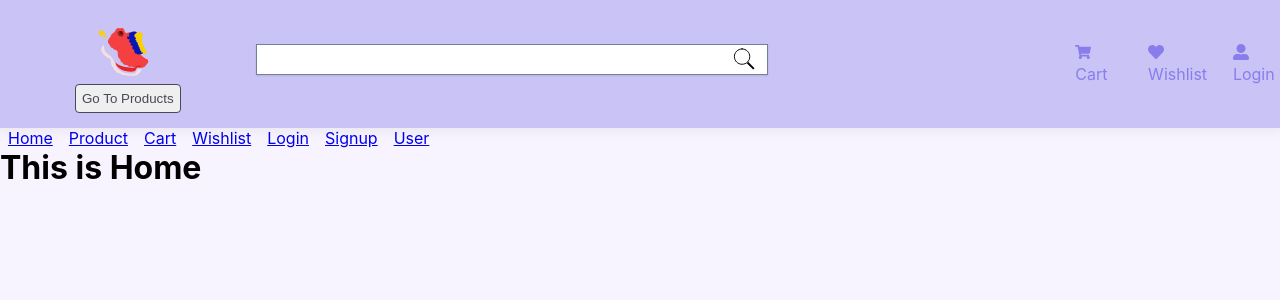
Repository: Irfan-vit/shoecase
Page: /
These files come from the project's save history. The page is drawn as it stood at one moment and after the next save; the edit follows.
The browser window is 1280 px wide. The pictures show the whole page.
The page's requests for data from a server got no answer. The project was rebuilt for these pictures with package versions that can differ from the ones it lists, and the page was loaded fresh each time. No one was signed in, and anything a server would have sent is missing. Also part of the build but not shown: src/pages/Product/ProductPage.jsx, src/pages/cart/CartPage.jsx, src/pages/wishlist/WishlistPage.jsx, src/pages/login/LoginPage.jsx, src/pages/signup/SignupPage.jsx, src/pages/user/StyledUser.jsx, src/components/forms/addAddress/AddAddress.jsx, src/components/forms/editAddress/EditAddress.jsx and 4 more.

Above is the page before, as saved 2023-05-22 04:42:53.

### src/index.js
import React, { useState } from 'react'
import { createRoot } from 'react-dom/client'
import { BrowserRouter } from 'react-router-dom'
import { makeServer } from './server'
import App from './App'

import { AuthProvider } from './context/AuthContext'
import { ToastContainer } from 'react-toastify'
import { ThemeProvider } from 'styled-components'
import { defaultTheme } from './utils/theme/theme'
import GlobalStyles from './utils/theme/Global'
import 'react-toastify/dist/ReactToastify.min.css'
import './utils/css/typography.css'
import './utils/css/colors.css'

// Call make Server
makeServer()

createRoot(document.getElementById('root')).render(
  <BrowserRouter>
    <AuthProvider>
      <ThemeProvider theme={defaultTheme}>
        <App />
        <ToastContainer />
        <GlobalStyles />
      </ThemeProvider>
    </AuthProvider>
  </BrowserRouter>,
)

### src/App.jsx
import { useEffect } from 'react'
import { Routes, Route, Link } from 'react-router-dom'
import axios from 'axios'

import Home from './pages/home/HomePage'
import Product from './pages/Product/ProductPage'
import Cart from './pages/cart/CartPage'
import Wishlist from './pages/wishlist/WishlistPage'
import Login from './pages/login/LoginPage'
import Signup from './pages/signup/SignupPage'
import User from './pages/user/User'

import RequiresAuth from './components/RequiresAuth'
import { useAuth } from './context/AuthContext'
import NavBar from './components/navBar/NavBar'

function App() {
  async function getCat() {
    const res = await axios.get('/api/products')
    const dat = res.data.products
    console.log(dat)
  }
  useEffect(() => {
    getCat()
  }, [])
  return (
    <div className="App">
      <NavBar />
      <nav>
        <Link to="/" style={{ padding: '0.5rem' }}>
          Home
        </Link>
        <Link to="/product" style={{ padding: '0.5rem' }}>
          Product
        </Link>
        <Link to="/cart" style={{ padding: '0.5rem' }}>
          Cart
        </Link>
        <Link to="/wishlist" style={{ padding: '0.5rem' }}>
          Wishlist
        </Link>
        <Link to="/login" style={{ padding: '0.5rem' }}>
          Login
        </Link>
        <Link to="/signup" style={{ padding: '0.5rem' }}>
          Signup
        </Link>
        <Link to="/user" style={{ padding: '0.5rem' }}>
          User
        </Link>
      </nav>
      <Routes>
        <Route path="/" element={<Home />} />
        <Route path="/product" element={<Product />} />
        <Route path="/wishlist" element={<Wishlist />} />
        <Route path="/login" element={<Login />} />
        <Route path="/signup" element={<Signup />} />
        {/* <Route path="/user" element={<User />} /> */}
        <Route
          path="/cart"
          element={
            <RequiresAuth>
              <Cart />
            </RequiresAuth>
          }
        />
        <Route
          path="/user"
          element={
            <RequiresAuth>
              <User />
            </RequiresAuth>
          }
        />
      </Routes>
    </div>
  )
}

export default App

### src/context/AuthContext.jsx
import { createContext, useContext, useEffect, useState } from 'react'
import { useNavigate, useLocation } from 'react-router-dom'
import axios from 'axios'
import { login, signup } from '../api/auth/apiAuth'

const AuthContext = createContext()

const AuthProvider = ({ children }) => {
  const localStorageToken = JSON.parse(localStorage.getItem('token'))
  const navigate = useNavigate()
  const location = useLocation()
  const [token, setToken] = useState(localStorageToken?.token)
  const [userDetails, setUserDetails] = useState(localStorageToken?.user)

  async function getUser({ email, password }, e) {
    try {
      e.preventDefault()
      const {
        data: { foundUser, encodedToken },
      } = await login({ email, password })
      localStorage.setItem(
        'token',
        JSON.stringify({ token: encodedToken, user: foundUser }),
      )
      setToken(encodedToken)
      setUserDetails(foundUser)
      console.log(foundUser)
      navigate(location?.state?.from?.pathname ?? '/', { replace: true })
    } catch {
      console.error('invalid Credentials')
    }
  }

  async function setUser({ email, password }, e) {
    try {
      e.preventDefault()
      const {
        data: { createdUser, encodedToken },
      } = await signup({ email, password })
      console.log(createdUser, encodedToken, 'response data')
      localStorage.setItem(
        'token',
        JSON.stringify({ token: encodedToken, user: createdUser }),
      )
      setToken(encodedToken)
      setUserDetails(createdUser)
      console.log(createdUser)
      navigate('/')
    } catch {
      console.error('invalid signup')
    }
  }
  return (
    <AuthContext.Provider
      value={{ getUser, setUser, token, setToken, userDetails, setUserDetails }}
    >
      {children}
    </AuthContext.Provider>
  )
}

const useAuth = () => useContext(AuthContext)

export { AuthProvider, useAuth }

### src/utils/theme/theme.js
import defaultColors from './defaultThemeColors'
// import typography from './typogarphy'
export const defaultTheme = {
  primaryBg: defaultColors.primaryBg,
  offSetBg: defaultColors.offSetBg,
  primaryText: defaultColors.primaryText,
  PrimaryHeading: defaultColors.PrimaryHeading,
  offSetText: defaultColors.offSetText,
  action: defaultColors.action,
  actionOffSet: defaultColors.actionOffSet,
  higilight: defaultColors.higilight,
}
export const darkTheme = {
  primaryBg: defaultColors.primaryBg,
  offSetBg: defaultColors.offSetBg,
  textOnPrimary: defaultColors.textOnPrimary,
  textOnOffSet: defaultColors.textOnOffSet,
  action: defaultColors.action,
  textColor: defaultColors.textColor,
  textMuted: defaultColors.textMuted,
}

### src/utils/theme/Global.js
import { createGlobalStyle } from 'styled-components'

const GlobalStyles = createGlobalStyle`
html {
    box-sizing: border-box;
    font-size: 16px;
    font-family: var(--font-family-body);
  }
*, *::before, *::after {
    box-sizing: inherit;
    Margin:0;
    Padding:0;
    Border:0;
}
body{
  background-color: ${(props) => props.theme.primaryBg};
}
`
export default GlobalStyles

### src/utils/css/typography.css
html {
    box-sizing: border-box;
    font-size: 16px;
    font-family: var(--font-family-body);
  }
*, *::before, *::after {
    box-sizing: inherit;
    Margin:0;
    Padding:0;
    Border:0;
}

:root{
    --font-family-hero: CircularPro, "Gill Sans", "Gill Sans MT", "Helvetica Neue", Helvetica, Arial, sans-serif;
    --font-family-headings: CircularPro, Sans, apple-system, sans-serif;
    --font-family-body: -apple-system, BlinkMacSystemFont, "Segoe UI", Roboto, Helvetica, Arial, sans-serif, "Apple Color Emoji", "Segoe UI Emoji", "Segoe UI Symbol";
    --font-family-serif: Georgia, "Times New Roman", serif;
    --font-family-mono: Menlo, Monaco, "Courier New", monospace;
    --font-xxxs: 0.425rem;
    --font-xxs: 0.625rem;
    --font-xs: 0.7rem;
    --font-sm: 0.875rem;
    --font-md: 1rem;
    --font-lg: 1.25rem;
    --font-xl: 1.5rem;
    --font-xxl: 2.25rem;
    --font-xxxl: 3rem;
    --font-xxxxl: 4rem;
    --font-weight-light: 300;
    --font-weight-normal: 400;
    --font-weight-strong: 500;
    --font-weight-semi-bold: 600;
    --font-weight-bold: 700;
    --primary-color: #6c5ce7;
    --primary-heavy: #5d4aec;
    --primary-light: #897dec;
    --text-on-primary: #ffffff;
    --primary-bg: #eceaff;
    --primary-bg-heavy: #c9c3f6;
    --secondary-color: #ffffff;
    --secondary-heavy: #ffffff;
    --secondary-light: #ffffff;
    --text-on-secondary: #6c5ce7;
    --secondary-bg: #ffffff;
    --secondary-bg-heavy: #ffffff;
    --error-color: #e62e5c;
    --error-heavy: #d31948;
    --error-light: #f086a0;
    --error-bg: #f7bac9;
    --error-bg-heavy: #8d1130;
    --spacing-unit: 6px;
    --margins: 2;
    --margin-size: (var(--margins) * 2);
    --cell-padding: (4 * var(--spacing-unit));
    --grid-gutter: (var(--margins) * var(--spacing-unit));
    --grid-margin: (var(--margin-size) * var(--spacing-unit));
    --cell-margin: (var(--grid-gutter) / 2);
    --border-radius-small: 0.125rem;
    --border-radius-medium: 0.25rem;
    --border-radius-large: 0.5rem;
    --border-radius-x-large: 1rem;
    --border-radius-circle: 50%;
    --border-radius-pill: 9999px;
    --border-size1: 1px;
    --border-size2: 2px;
    --border-size3: 3px;
    --border-size4: 4px;
    --text-color: #718096;
    --text-bright: #000;
    --text-muted: #a9b1ba;
    --bg-color: #fff;
    --background-body: #202b38;
    --background: #161f27;
    --background-alt: #1a242f;
    --box-shadow: 0 -1px 1px 0 rgba(0, 0, 0, 0.09), 0 2px 2px 0 rgba(0, 0, 0, 0.23);
    --box-shadow-x-small: 0 1px 0 #0d131e0d;
    --box-shadow-small: 0 1px 2px #0d131e1a;
    --box-shadow-medium: 0 2px 4px #0d131e1a;
    --box-shadow-large: 0 2px 8px #0d131e1a;
    --box-shadow-x-large: 0 4px 16px #0d131e1a;
    --border-color: #fff;
    --form-placeholder: #a9a9a9;
    --form-text: #fff;
    --color-focus-outline: #4299e14c;
    --tertiary-color: #8367C7;
    --complimentary-color: #F0FFF1;
    --twitter: #1da1f2;
    --slack: #4a154b;
    --github: #24292e;
    --heading-xxs: 1rem;
    --heading-xs: 1.1rem;
    --heading-sm: 1.25rem;
    --heading-md: 1.5rem;
    --heading-lg: 2rem;
    --heading-xl: 3rem;
    --heading-xxl: 4rem;
}

### src/utils/css/colors.css
:root{
    --background-color: #FFFFFF;
    --on-background-color: #2B2B2B;
    --on-background-low-color: #9598A1;
    --on-background-medium-color: #707279;
    --on-background-high-color: #2B2B2B;
    --primary-color: #6C5CE7;
    --on-primary-color: #FFFFFF;
    --border-medium-color: #EDEDED;
    --border-medium-hover-color: #CECECE;
    --border-medium-focus-color: #C6C6C6;
    --border-medium-active-color: #AFAFAF;
    --border-high-color: #BABEC9;
    --border-high-hover-color: #A3A6B0;
    --border-high-focus-color: #9DA1A9;
    --border-high-active-color: #8C8F96;
    --border-primary-color: #6C5CE7;
    --border-primary-hover-color: #8376EB;
    --border-primary-focus-color: #897DEC;
    --border-primary-active-color: #8F83ED;
    --surface-color: #FFFFFF;
    --surface-hover-color: #EDEBFC;
    --surface-active-color: #DCD8F9;
    --surface-focus-color: #E2DEFA;
    --on-surface-color: #2B2B2B;
    --on-surface-medium-color: #707279;
    --on-surface-low-color: #9598A1;
    --surface01-color: #FFFBFF;
    --surface02-color: #F7F2FD;
    --surface-primary-color: #140068;
    --surface-primary-hover-color: #3A2980;
    --surface-primary-active-color: #433386;
    --surface-primary-focus-color: #4C3D8C;
    --on-surface-primary-color: #FFFFFF;
    --surface-neutral-color: #FFFFFF;
    --surface-neutral-hover-color: #F4F5F6;
    --surface-neutral-focus-color: #F1F2F4;
    --surface-neutral-active-color: #EEEFF2;
    --on-surface-neutral-high-color: #2B2B2B;
    --on-surface-neutral-medium-color: #707279;
    --on-surface-neutral-low-color: #9598A1;
    --positive-color: #37B26C;
    --negative-color: #E62E5C;
    --warning-color: #FFC640;
    --process-color: #0984E3;
    --primary-surface-color: #F6F5FE;
    --positive-surface-color: #F3FAF6;
    --negative-surface-color: #FDF2F5;
    --warning-surface-color: #FFFCF4;
    --process-surface-color: #F0F8FD;
}

### src/backend/controllers/CategoryController.js
import { Response } from "miragejs";

/**
 * All the routes related to Category are present here.
 * These are Publicly accessible routes.
 * */

/**
 * This handler handles gets all categories in the db.
 * send GET Request at /api/categories
 * */

export const getAllCategoriesHandler = function () {
  try {
    return new Response(200, {}, { categories: this.db.categories });
  } catch (error) {
    return new Response(
      500,
      {},
      {
        error,
      }
    );
  }
};

/**
 * This handler handles gets all categories in the db.
 * send GET Request at /api/user/category/:categoryId
 * */

export const getCategoryHandler = function (schema, request) {
  const categoryId = request.params.categoryId;
  try {
    const category = schema.categories.findBy({ _id: categoryId });
    return new Response(200, {}, { category });
  } catch (error) {
    return new Response(
      500,
      {},
      {
        error,
      }
    );
  }
};

### src/backend/controllers/ProductController.js
import { Response } from "miragejs";

/**
 * All the routes related to Product are present here.
 * These are Publicly accessible routes.
 * */

/**
 * This handler handles gets all products in the db.
 * send GET Request at /api/products
 * */

export const getAllProductsHandler = function () {
  return new Response(200, {}, { products: this.db.products });
};

/**
 * This handler handles gets all products in the db.
 * send GET Request at /api/user/products/:productId
 * */

export const getProductHandler = function (schema, request) {
  const productId = request.params.productId;
  try {
    const product = schema.products.findBy({ _id: productId });
    return new Response(200, {}, { product });
  } catch (error) {
    return new Response(
      500,
      {},
      {
        error,
      }
    );
  }
};

### src/backend/db/categories.js
import { v4 as uuid } from 'uuid'
import { casual, fitness, track, sports } from '../../assets/assetsServer'
/**
 * Category Database can be added here.
 * You can add category of your wish with different attributes
 * */

export const categories = [
  {
    _id: uuid(),
    categoryName: 'casual',
    imgSrc: casual,
  },
  {
    _id: uuid(),
    categoryName: 'sports',
    imgSrc: sports,
  },
  {
    _id: uuid(),
    categoryName: 'fitness',
    imgSrc: fitness,
  },
  {
    _id: uuid(),
    categoryName: 'track',
    imgSrc: track,
  },
]

### src/backend/db/users.js
import { v4 as uuid } from 'uuid'
import { formatDate } from '../utils/authUtils'
/**
 * User Database can be added here.
 * You can add default users of your wish with different attributes
 * Every user will have cart (Quantity of all Products in Cart is set to 1 by default), wishList by default
 * */

export const users = [
  {
    _id: uuid(),
    firstName: 'Adarsh',
    lastName: 'Balika',
    email: 'adarshbalika@gmail.com',
    password: 'adarshbalika',
    address: [],
    createdAt: formatDate(),
    updatedAt: formatDate(),
  },
  {
    _id: uuid(),
    firstName: 'Adarsh',
    lastName: 'Balika',
    email: 'balika@gmail.com',
    password: 'balika',
    address: [],
    createdAt: formatDate(),
    updatedAt: formatDate(),
  },
]

### src/pages/home/HomePage.jsx
const Home = () => {
  return (
    <>
      <h1>This is Home</h1>
    </>
  )
}

export default Home

### src/components/navBar/NavBar.jsx
import { useNavigate } from 'react-router-dom'
import { redirect } from 'react-router-dom'
import { Link } from 'react-router-dom'
import { StyledNavWrapper, StyledNav, StyledNavList } from '../../styles/index'
import { FaShoppingCart, FaHeart, FaUserAlt } from 'react-icons/fa'
import HeroLogo from '../animations/HeroAnimations/HeroLogo'

import SearchInput from '../inputs/SeacrhInput'
import Select from '../select/Select'
// import { useFilterProducts } from '../../context/filterProductsContext'

const NavBar = () => {
  // const { filterDispatch, filterState } = useFilterProducts()
  const navigate = useNavigate()
  return (
    <StyledNavWrapper>
      <StyledNav>
        <div>
          <div>
            <Link to="/">
              <HeroLogo />
            </Link>
          </div>
          <div>
            <Select />
          </div>
        </div>
        <div>
          <div>
            <SearchInput />
          </div>
          <div>
            <StyledNavList>
              <ul>
                <li>
                  <Link to="/cart">
                    <FaShoppingCart />
                    <p>Cart</p>
                  </Link>
                </li>
                <li>
                  <Link to="/wishlist">
                    <FaHeart />
                    <p>Wishlist</p>
                  </Link>
                </li>
                <li>
                  <Link to="">
                    <FaUserAlt />
                    <p>Login</p>
                  </Link>
                </li>
              </ul>
            </StyledNavList>
          </div>
        </div>
      </StyledNav>
    </StyledNavWrapper>
  )
}

export default NavBar

### src/api/auth/apiAuth.js
import axios from 'axios'

export const login = async ({ email, password }) =>
  await axios.post(`/api/auth/login`, {
    email,
    password,
  })

export const signup = async ({ email, password }) =>
  await axios.post(`/api/auth/signup`, {
    email,
    password,
  })

### src/utils/theme/defaultThemeColors.js
const defaultColors = {
  primaryBg: '#f7f3ff',
  PrimaryHeading: '#a9b1ba',
  primaryText: '#718096',
  offSetBg: '#c9c3f6',
  offSetText: '#474a56',
  action: '#885df1',
  actionOffSet: '#ffffff',

  higilight: '#897dec',
  // higilight: '#5D48B8',
}

export default defaultColors

### src/assets/assetsServer.js
import casual from './images/casual.jpg'
import casualT1 from './images/casualT1.jpg'
import casualT2 from './images/casualT2.jpg'
import fitness from './images/fitness.jpg'
import fitnessT1 from './images/fitnessT1.jpg'
import fitnessT2 from './images/fitnessT2.jpg'
import track from './images/track.jpg'
import trackT1 from './images/trackT1.jpg'
import trackT2 from './images/trackT2.jpg'
import sports from './images/sports.jpg'
import sportsT1 from './images/sportsT1.jpg'
import sportsT2 from './images/sportsT2.jpg'
import men from './images/men.jpg'
import mensT1 from './images/mensT1.jpg'
import mensT2 from './images/mensT2.jpg'
import women from './images/women.jpg'
import womensT1 from './images/womensT1.jpg'
import womensT2 from './images/womensT2.jpg'

export {
  casual,
  casualT1,
  casualT2,
  fitness,
  fitnessT1,
  fitnessT2,
  track,
  trackT1,
  trackT2,
  sports,
  sportsT1,
  sportsT2,
  men,
  mensT1,
  mensT2,
  women,
  womensT1,
  womensT2,
}

### src/styles/index.js
export * from './NavBarStyles'
export * from './SelectStyles'
export * from './SearchInputStyles'

### src/components/animations/HeroAnimations/HeroLogo.jsx
import { useLottie, useLottieInteractivity } from 'lottie-react'
import logoRun from '../../../assets/json/logo.json'
const style = {
  height: '4rem',
  width: '4rem',
  display: 'inline-block',
  cursor: 'pointer',
}

const options = {
  animationData: logoRun,
}

const HeroLogo = () => {
  const lottieObj = useLottie(options, style)
  const Animation = useLottieInteractivity({
    lottieObj,
    mode: 'cursor',
    actions: [
      {
        position: { x: [0, 1], y: [0, 1] },
        type: 'seek',
        frames: [49, 72],
      },
      {
        position: { x: -1, y: -1 },
        type: 'stop',
        frames: [72],
      },
    ],
  })

  return Animation
}

export default HeroLogo

### src/components/inputs/SeacrhInput.jsx
import Search from '../animations/Floats/Search'

import { StyledSearchInput } from '../../styles/index'
// import { useFilterProducts } from '../../context/filterProductsContext'
const SearchInput = () => {
  // const { search, setSearch } = useFilterProducts()
  return (
    <form action="">
      <StyledSearchInput>
        <input
          type="text"
          // value={search}
          // onChange={(e) => setSearch(e.target.value)}
        />
        <Search />
      </StyledSearchInput>
    </form>
  )
}
export default SearchInput

### src/components/select/Select.jsx
import { useNavigate } from 'react-router-dom'
// import { useFilterProducts } from '../../context/filterProductsContext'
import { StyledSelect } from '../../styles/index'
import { Link } from 'react-router-dom'

const Select = () => {
  // const { filterDispatch, filterState } = useFilterProducts()
  const navigate = useNavigate()
  return (
    <form action="">
      <label
        htmlFor="categories"
        onSubmit={(e) => {
          e.preventDefault()
        }}
      >
        <StyledSelect name="categories" id="categories">
          <option value="select">
            <Link
              onClick={() => {
                // filterDispatch({ type: 'reset' })
                navigate('/product')
              }}
            >
              Go To Products
            </Link>
          </option>
          <option value="casual">
            <Link
              onClick={() => {
                // filterDispatch({ type: 'casual' })
                navigate('/product')
              }}
            >
              Casual
            </Link>
          </option>
          <option value="fitness">
            <Link
              onClick={() => {
                navigate('/product')
                // filterDispatch({ type: 'fitness' })
              }}
            >
              Fitness
            </Link>
          </option>
          <option value="track">
            <Link
              onClick={() => {
                navigate('/product')
                // filterDispatch({ type: 'track' })
              }}
            >
              Track
            </Link>
          </option>
          <option value="sports">
            <Link
              onClick={() => {
                navigate('/product')
                // filterDispatch({ type: 'sports' })
              }}
            >
              Sports
            </Link>
          </option>
        </StyledSelect>
      </label>
    </form>
  )
}
export default Select

### src/styles/NavBarStyles.jsx
import styled from 'styled-components'

const StyledNavWrapper = styled.aside`
  margin-bottom: 8rem;
`

const StyledNav = styled.nav`
  box-shadow: var(--box-shadow);
  box-shadow: 0px 0px 10px 4px rgb(0 0 0 / 5%);
  z-index: 1;
  position: fixed;
  top: 0;
  width: 100%;
  height: 8rem;
  background-color: ${(props) => props.theme.offSetBg};
  margin: 0 auto;
  display: flex;
  align-items: center;
  justify-content: space-between;
  > :nth-child(1) {
    display: flex;
    flex-flow: column wrap;
    align-items: center;
    flex-basis: 20%;
    justify-content: space-around;
  }
  > :nth-child(2) {
    display: flex;
    justify-content: space-between;
    flex-basis: 80%;
    > :nth-child(1) {
      flex-basis: 80%;
    }
    > :nth-child(2) {
      flex-basis: 20%;
    }
  }

  @media (min-width: 900px) {
    display: flex;
    justify-content: space-between;
    align-items: center;
    > :nth-child(1) {
      display: flex;
      align-items: center;
      flex-basis: 20%;
      justify-content: space-around;
    }
    > :nth-child(2) {
      display: flex;
      justify-content: space-between;
      flex-basis: 80%;
      > :nth-child(1) {
        flex-basis: 50%;
      }
      > :nth-child(2) {
        flex-basis: 20%;
      }
    }
  }
`

const StyledNavList = styled.div`
  > ul {
    display: flex;
    flex-flow: row wrap;
    list-style-type: none;
    justify-content: space-between;
    align-items: center;
    align-content: center;
  }
  > ul > li {
    flex-basis: 23%;
  }
  > ul > li > a {
    text-decoration: none;
    margin: 0;
    padding: 0;
    transition: 0.3s;
    text-decoration: underline;
    text-decoration-color: transparent;
    -webkit-text-decoration-color: transparent;
    -moz-text-decoration-color: transparent;
    text-decoration: none;
    color: ${(props) => props.theme.higilight};
    :hover,
    :active,
    :focus {
      color: ${(props) => props.theme.offSetText};
      text-decoration-line: underline;
      text-decoration-style: line;
      text-decoration-color: ${(props) => props.theme.offSetText};
      text-underline-offset: 3px;
    }
  }
`
export { StyledNavWrapper, StyledNav, StyledNavList }

### src/styles/SelectStyles.jsx
import styled from 'styled-components'
const StyledSelect = styled.select`
  outline: none;
  border: none;
  outline: none;
  cursor: pointer;
  border-radius: var(--border-size4);
  padding: var(--spacing-unit);
  color: ${(props) => props.theme.offSetText};
  border: 1px solid ${(props) => props.theme.offSetText};
  appearance: none;
  :focus {
    border: 1px solid ${(props) => props.theme.action};
    outline: none;
  }
`
export { StyledSelect }

### src/styles/SearchInputStyles.jsx
import styled from 'styled-components'

const StyledSearchInput = styled.div`
  position: relative;
  width: 100%;
  > input {
    outline: none;
    cursor: pointer;
    padding: var(--font-xxxs) var(--font-xxs);
    color: ${(props) => props.theme.primaryText};
    border: 1px solid ${(props) => props.theme.primaryHeading};
    box-shadow: var(--box-shadow-small);
    width: 100%;
    :focus {
      border: 1px solid ${(props) => props.theme.action};
      outline: none;
    }
  }
  > a {
    position: absolute;
    right: 0;
    bottom: 0%;
    transform: translate(-50%, 0%);
    color: ${(props) => props.theme.textMuted};
    cursor: pointer;
    :hover {
      color: ${(props) => props.theme.primaryColor};
    }
  }
`
export {StyledSearchInput}

### src/components/animations/Floats/Search.jsx
import { useLottie, useLottieInteractivity } from 'lottie-react'
import search from '../../../assets/json/search.json'
const style = {
  height: '1.5rem',
  display: 'inline-block',
  cursor: 'pointer',
}

const options = {
  animationData: search,
}

const Search = () => {
  const lottieObj = useLottie(options, style)
  const Animation = useLottieInteractivity({
    lottieObj,
    mode: 'cursor',
    actions: [
      {
        position: { x: [0, 1], y: [0, 1] },
        type: 'loop',
        frames: [0, 20],
      },
      {
        position: { x: -1, y: -1 },
        type: 'stop',
        frames: [0],
      },
    ],
  })

  return <a href="#">{Animation}</a>
}

export default Search

Loaded but not shown: public/index.html (common file); src/backend/utils/authUtils.js (common file); src/assets/json/logo.json (1 lines, source omitted); src/assets/json/search.json (1 lines, source omitted); src/backend/controllers/CartController.js (148 lines, source omitted); src/server.js (87 lines, source omitted); src/backend/controllers/WishlistController.js (100 lines, source omitted); src/backend/controllers/AuthController.js (101 lines, source omitted); src/backend/db/products.js (106 lines, source omitted)

After the next save:
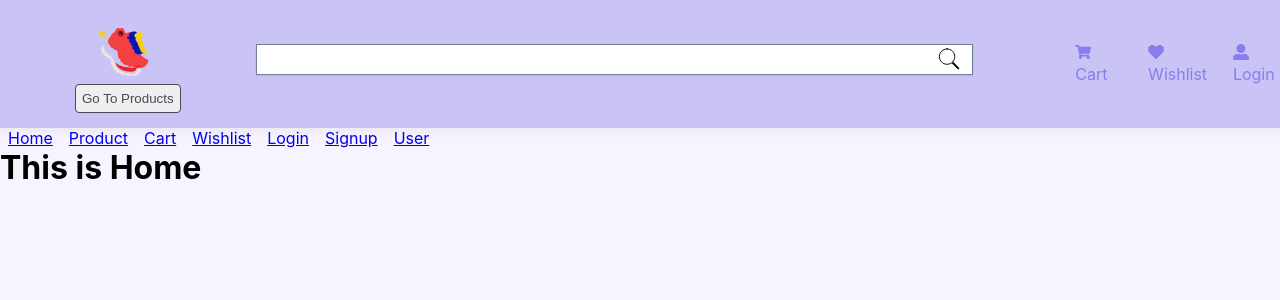
Saved 4 s later.
--- a/src/styles/NavBarStyles.jsx
+++ b/src/styles/NavBarStyles.jsx
@@ -51,7 +51,7 @@ const StyledNav = styled.nav`
       justify-content: space-between;
       flex-basis: 80%;
       > :nth-child(1) {
-        flex-basis: 50%;
+        flex-basis: 70%;
       }
       > :nth-child(2) {
         flex-basis: 20%;
